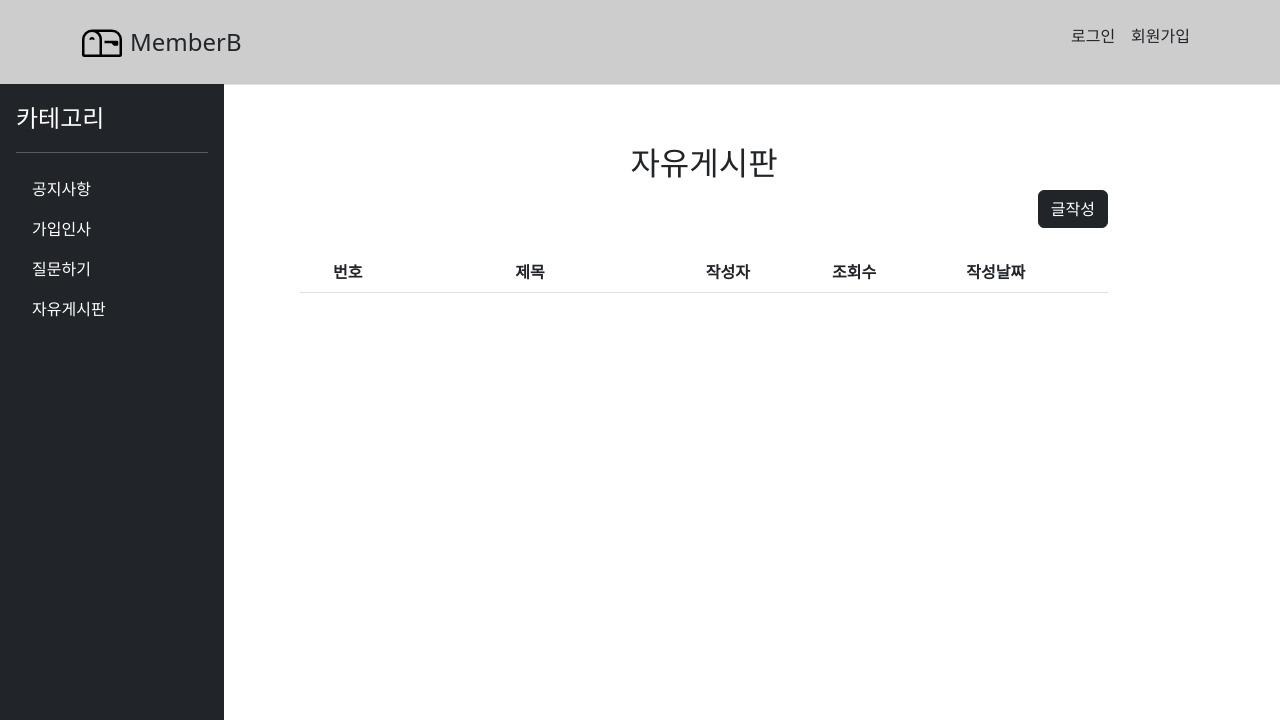
Repository: charmErin/board_220915
Page: http://localhost/board/WEB-INF/views/board/list.jsp
These files come from the project's save history. The page is drawn as it stood at one moment and after the next save; the edit follows.
The browser window is 1280 px wide. The pictures show the whole page.
The page is served by Tomcat 9. Nobody is signed in. The template is opened directly, without the code that normally fills it, so the values that code supplies are empty.

Above is the page before, as saved 2022-09-16 08:34:38.

After the next save:
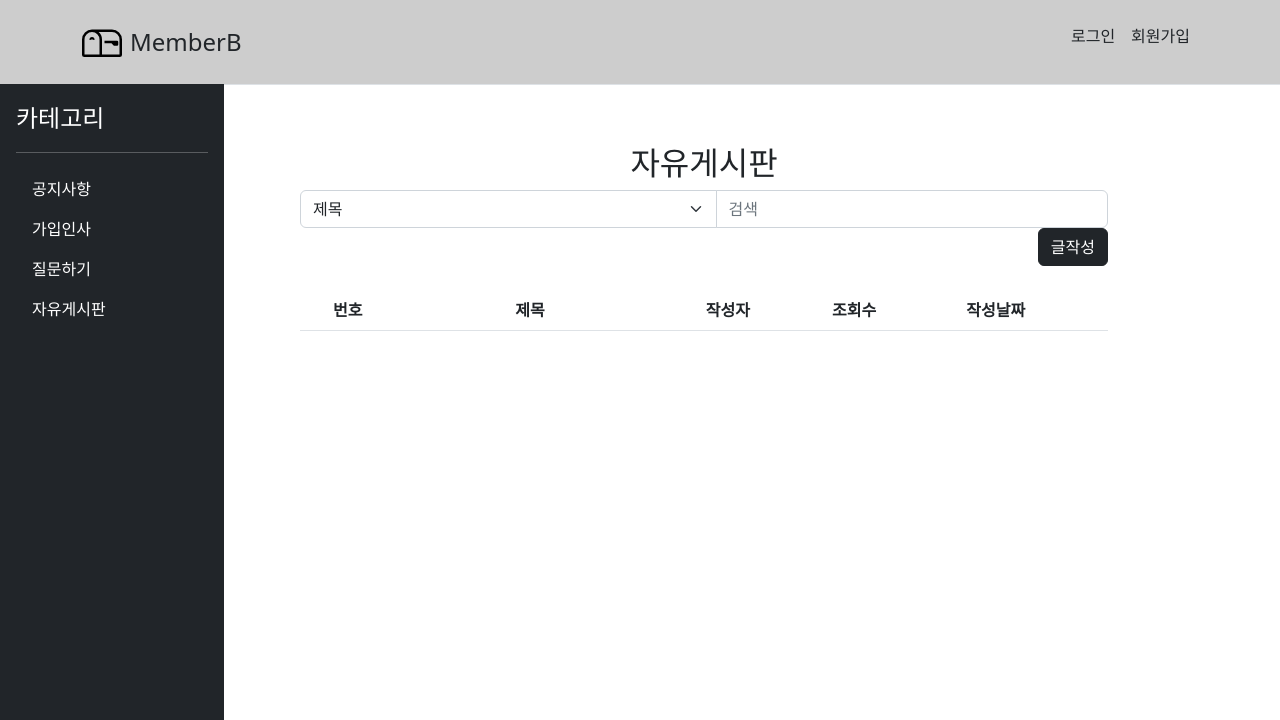
Saved 66 s later.
--- a/board/src/main/webapp/WEB-INF/views/board/list.jsp
+++ b/board/src/main/webapp/WEB-INF/views/board/list.jsp
@@ -56,6 +56,18 @@
 				<h2>자유게시판</h2>
 			</c:otherwise>
 		</c:choose>
+
+		<form class="col-md-auto" action="/board/search" method="get">
+				<div class="input-group">
+					<select class="form-select" name="searchType">
+						<option value="boardTitle">제목</option>
+						<option value="boardWriter">작성자</option>
+						<option value="boardContetns">내용</option>
+					</select>
+					<input class="form-control col-2" type="text" name="q" placeholder="검색" aria-label="Search">
+				</div>
+			</form>
+
 		<div class="d-grid gap-2 d-md-flex justify-content-md-end mb-4">
 			<button onclick="boardSave()" class="btn btn-dark">글작성</button>
 		</div>
